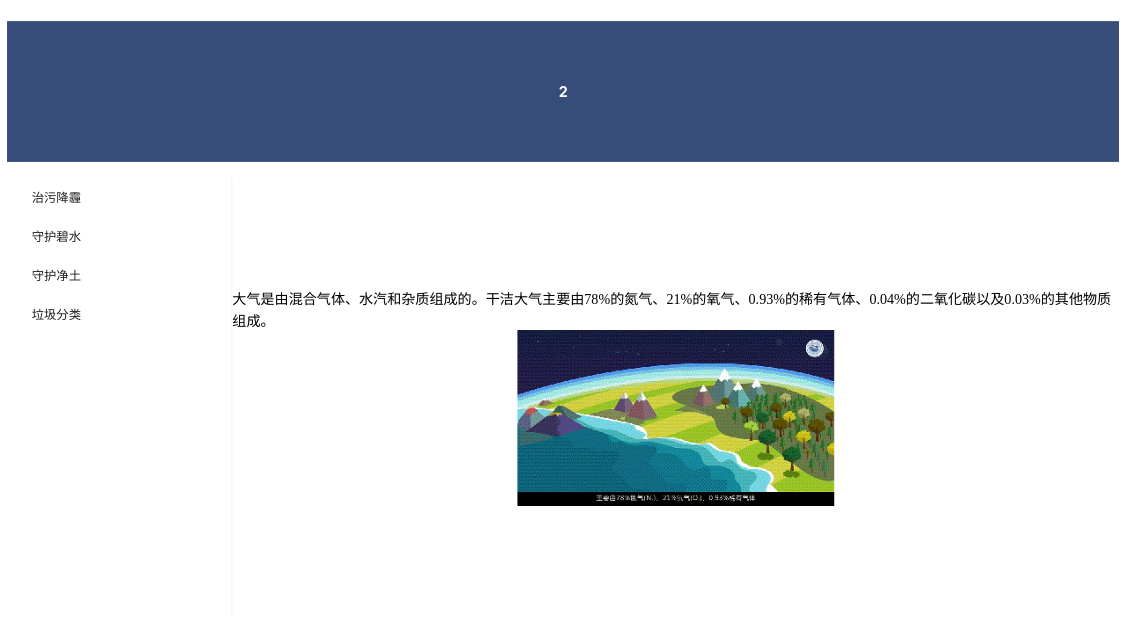
Repository: samllbin/summerWeb
Page: /
These files come from the project's save history. The page is drawn as it stood at one moment and after the next save; the edit follows.
The browser window is 1280 px wide. The pictures show the whole page, at 88% of full size.
The project was rebuilt for these pictures with package versions that can differ from the ones it lists, and the page was loaded fresh each time. Also part of the build but not shown: vite.config.js, components/menu/config.js, components/article/index.module.css, components/article/index.jsx.

Above is the page before, as saved 2024-07-22 16:05:59.

### src/App.jsx
import React, { useState } from "react";
import style from "./assets/index.module.css";
import Carousel from "@components/carousel/index";
import MenuTab from "@components/menu/MenuTab";
import Content from "@components/content";
import Article from "@components/article";

export default function App() {
  const [current, setCurrent] = useState("1");
  return (
    <div>
      <Carousel />
      <div className={style.layout}>
        <MenuTab setCurrent={setCurrent} current={current} />
        <Content />
        {/* <Article type={"all"} /> */}
        {/* <Article type={"right"} /> */}
      </div>
    </div>
  );
}

### src/assets/index.module.css
.layout {
  display: flex;
}

### components/carousel/index.jsx
import React from "react";
import { Carousel } from "antd";
import style from "./index.module.css";

export default function carousel() {
  return (
    <Carousel autoplay>
      <div>
        <h3 className={style.contentStyle}>1</h3>
      </div>
      <div>
        <h3 className={style.contentStyle}>2</h3>
      </div>
      <div>
        <h3 className={style.contentStyle}>3</h3>
      </div>
      <div>
        <h3 className={style.contentStyle}>4</h3>
      </div>
    </Carousel>
  );
}

### components/menu/MenuTab.jsx
import React from "react";
import { Menu } from "antd";
import { useState } from "react";
import { config } from "./config";

export default function MenuTab({ current, setCurrent }) {
  const onClick = (e) => {
    console.log("click ", e);
    setCurrent(e.key);
  };
  return (
    <div>
      <Menu
        onClick={onClick}
        style={{ width: 256, height: 500 }}
        defaultOpenKeys={["sub1"]}
        selectedKeys={[current]}
        mode="inline"
        items={config}
      />
    </div>
  );
}

### components/content/index.jsx
import React from "react";
import style from "./index.module.css";

export default function Content() {
  return (
    <div className={style.layout}>
      <span>
        大气是由混合气体、水汽和杂质组成的。干洁大气主要由78%的氮气、21%的氧气、0.93%的稀有气体、0.04%的二氧化碳以及0.03%的其他物质组成。
      </span>
      <img src="../../public/大气组成.png" alt="" />
    </div>
  );
}

### components/carousel/index.module.css
.contentStyle {
  height: 160px;
  color: #fff;
  line-height: 160px;
  text-align: center;
  background: #364d79;
}

### components/content/index.module.css
.layout {
  display: flex;
  width: 100%;
  flex-direction: column;
  align-items: center;
  justify-content: center;
}

Loaded but not shown: index.html (common file); src/main.jsx (common file)

After the next save:
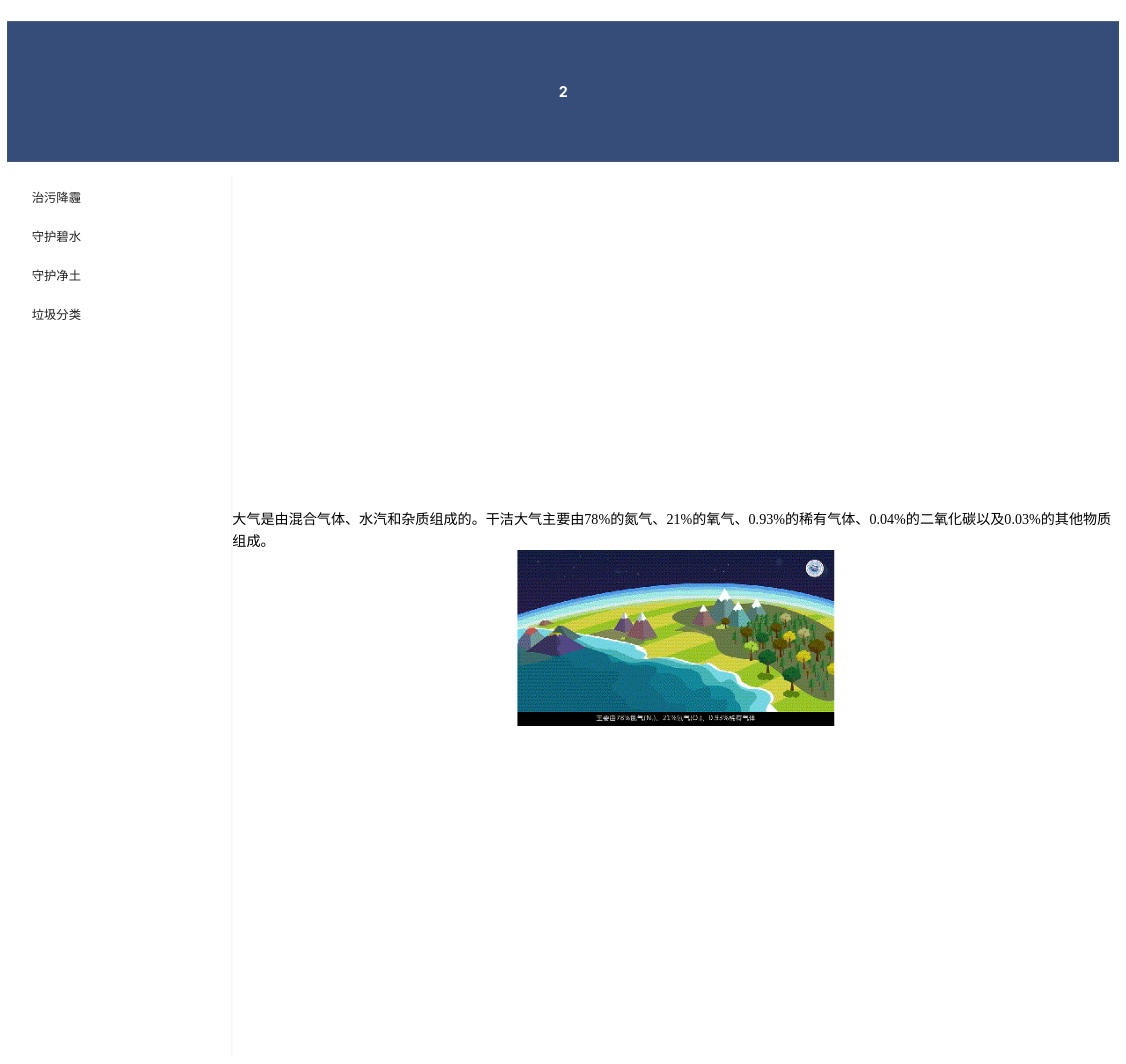
Saved 5 s later.
--- a/components/menu/MenuTab.jsx
+++ b/components/menu/MenuTab.jsx
@@ -12,7 +12,7 @@ export default function MenuTab({ current, setCurrent }) {
     <div>
       <Menu
         onClick={onClick}
-        style={{ width: 256, height: 500 }}
+        style={{ width: 256, height: 1000 }}
         defaultOpenKeys={["sub1"]}
         selectedKeys={[current]}
         mode="inline"
